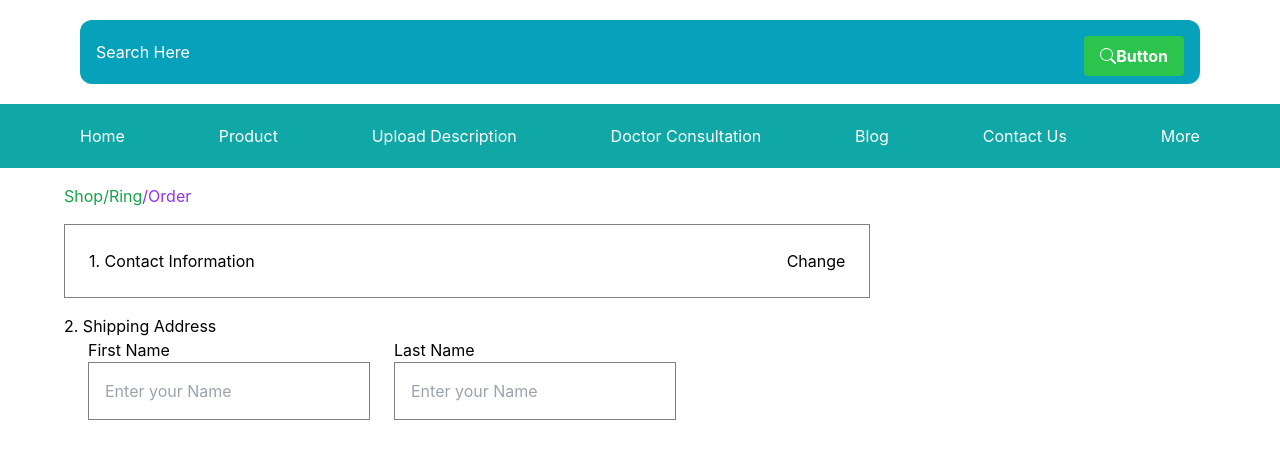
Repository: arafatmollah/form-pharma
Page: /
The author's editor kept a copy of each file at every save. The page is drawn from the files as they stood at one save, then again after the next save.
The browser window is 1280 px wide. The pictures show the whole page.
The project was rebuilt for these pictures with package versions that can differ from the ones it lists, and the page was loaded fresh each time.

Above is the page before, as saved 2023-03-14 23:49:36.

### src/index.js


import React from 'react';
import ReactDOM from 'react-dom/client';
import './index.css';
import App from './App';
import reportWebVitals from './reportWebVitals';

const root = ReactDOM.createRoot(document.getElementById('root'));
root.render(
  <React.StrictMode>
    <App />
  </React.StrictMode>
);

// If you want to start measuring performance in your app, pass a function
// to log results (for example: reportWebVitals(console.log))
// or send to an analytics endpoint. Learn more: https://bit.ly/CRA-vitals
reportWebVitals();

### src/App.js

import './App.css';
import Nav from './Nav';
import Form from './Form';

function App() {
  return (
    <div className="App">
     <Nav></Nav>
     <Form></Form>
    </div>
  );
}

export default App;

### src/App.css
.box-border{
  background-color: #08A1BC;
}
.btn {
  @apply font-bold py-2 px-4 rounded;
  background-color: #2BC44C;
  color: white;
}
.btn-blue {
  @apply bg-blue-500 text-white;
}
.btn-blue:hover {
  @apply bg-blue-700;
}
.nav{
  background-color: #0FA8A6;
}
.info{
  width: 70%;
  border: 1px solid gray;
}
.input{
  border: 1px solid gray;
}

### src/Nav.js
import React from 'react'
import './App.css';
import { BsSearch } from 'react-icons/bs';

function Nav() {
  return (
    <div>
        <div className='box-border h-16 w-100 p-4 mx-20 my-5 rounded-xl'>
          <div className='flex justify-between align-middle'>
                <p className='text-white mt-1'>Search Here</p>
                <button className="btn mb-1 py-2 flex items-center justify-between"><BsSearch></BsSearch> Button</button>
          </div>
        </div>
        <div className='box-border h-16 w-100 nav'>
            <div className='flex mx-20 items-center justify-between text-white'>
            <div className='mt-5'>Home</div>
            <div className='mt-5'> Product</div>
            <div className='mt-5'>Upload Description</div>
            <div className='mt-5'>Doctor Consultation</div>
            <div className='mt-5'>Blog</div>
            <div className='mt-5'>Contact Us</div>
            <div className='mt-5'>More</div>
            </div>
        </div>
    </div>
  )
}

export default Nav

### src/Form.js
import React from 'react'

function form() {
  return (
    <div>
        <div className='mx-16'>
            <div className='flex my-4'>
                <p className='text-green-600'>Shop</p>
                <p className='text-green-600'> /Ring</p>
                <p className='text-purple-600'>/Order</p>
            </div>
            <div>
            <div className='info p-6 flex justify-between'>
              <p>1. Contact Information</p>
              <p>Change </p>
            </div>
            <div className='my-4'>
              <p>2. Shipping Address</p>
              <form my>
               <div className='flex'>
               <div className='mx-6'>
                <label>First Name</label> <br></br>
                <input className='input p-4' type='text' placeholder="Enter your Name"></input>
                </div>
                <div>
                <label>Last Name</label> <br></br>
                <input className='input p-4' type='text' placeholder="Enter your Name"></input>
                </div>
               </div>
              </form>
            </div>
            </div>
        </div>
    </div>
  )
}

export default form

Loaded but not shown: public/index.html (common file); src/index.css (common file); src/reportWebVitals.js (common file); tailwind.config.js (common file)

After the next save:
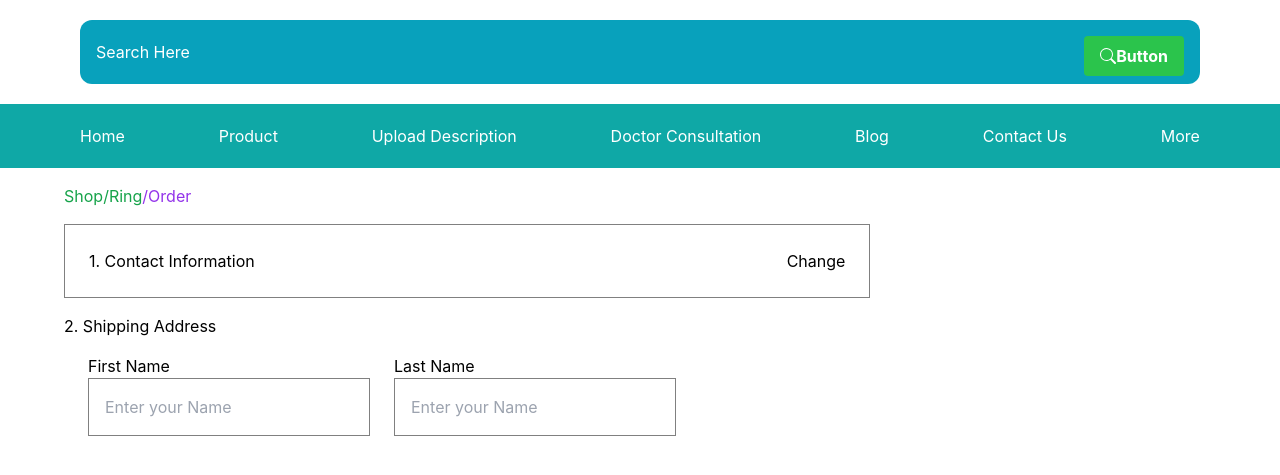
Saved 7 s later.
--- a/src/Form.js
+++ b/src/Form.js
@@ -16,7 +16,7 @@ function form() {
             </div>
             <div className='my-4'>
               <p>2. Shipping Address</p>
-              <form my>
+              <form className='my-4'>
                <div className='flex'>
                <div className='mx-6'>
                 <label>First Name</label> <br></br>
